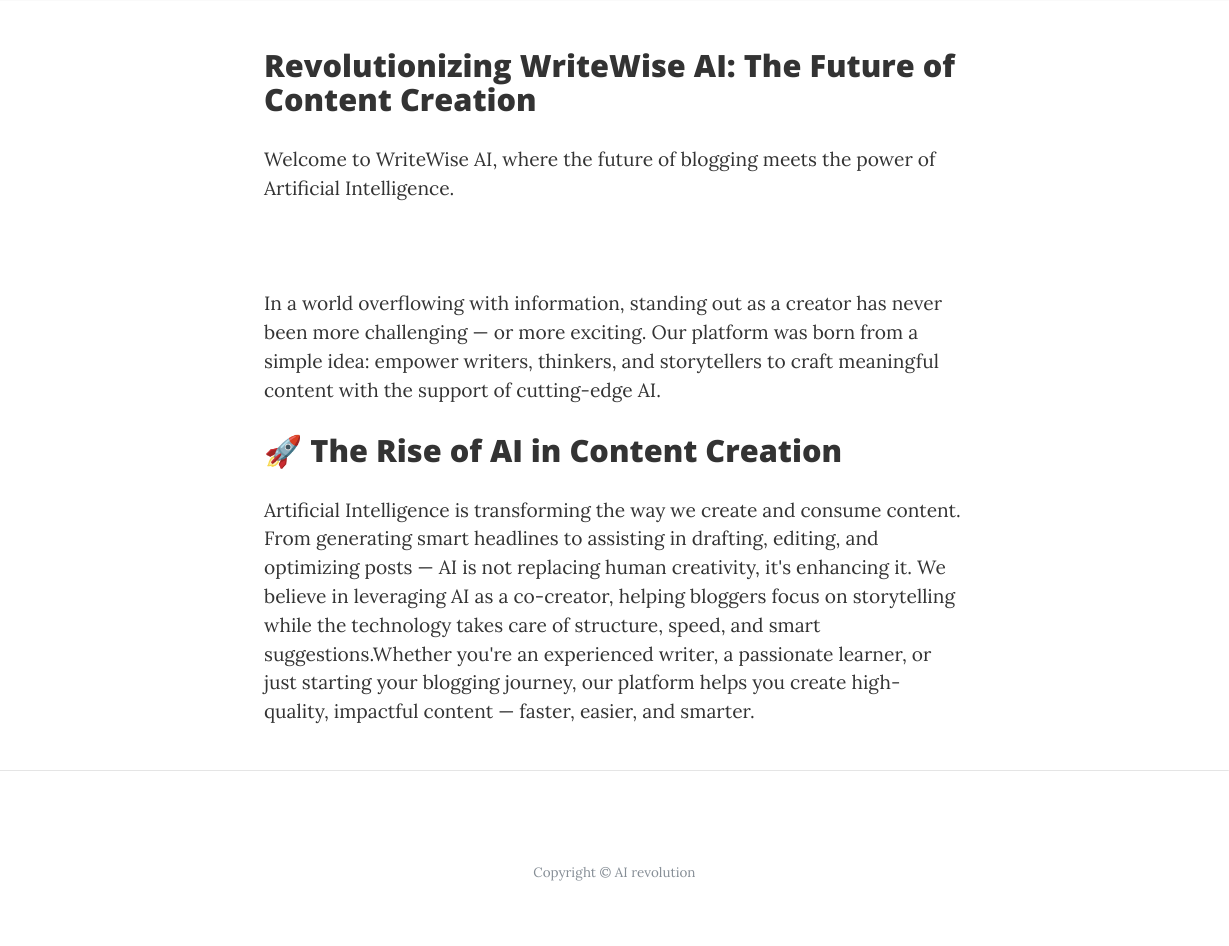
Repository: wahibkhannn/WriteWise-AI_blogging
Page: http://localhost/about
The author's editor kept a copy of each file at every save. The page is drawn from the files as they stood at one save, then again after the next save.
The browser window is 1280 px wide. The pictures show the part of the page from y = 524 to 1509 px (the page is 1509 px tall before and 757 px after), at 96% of full size.
Some web fonts or font styles are not loaded; a fallback is used. The page is served by the project's application, run on Flask 3 (app.py).

Above is the page before, as saved 2025-07-01 14:20:37.

After the next save:
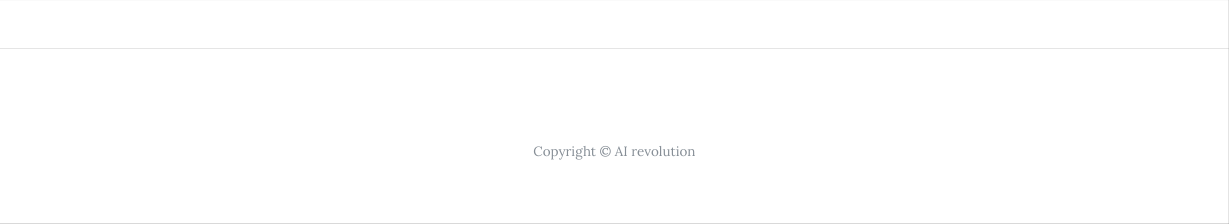
Saved 5 min 58 s later.
--- a/templates/about.html
+++ b/templates/about.html
@@ -67,7 +67,7 @@
   </header>
 
   <!-- Main Content -->
-  <div class="container">
+  <!-- <div class="container">
     <div class="row">
       <div class="col-lg-8 col-md-10 mx-auto">
         <h2>Revolutionizing WriteWise AI: The Future of Content Creation</h2>
@@ -80,7 +80,7 @@
 
       </div>
     </div>
-  </div>
+  </div> -->
 
   <hr>
 
